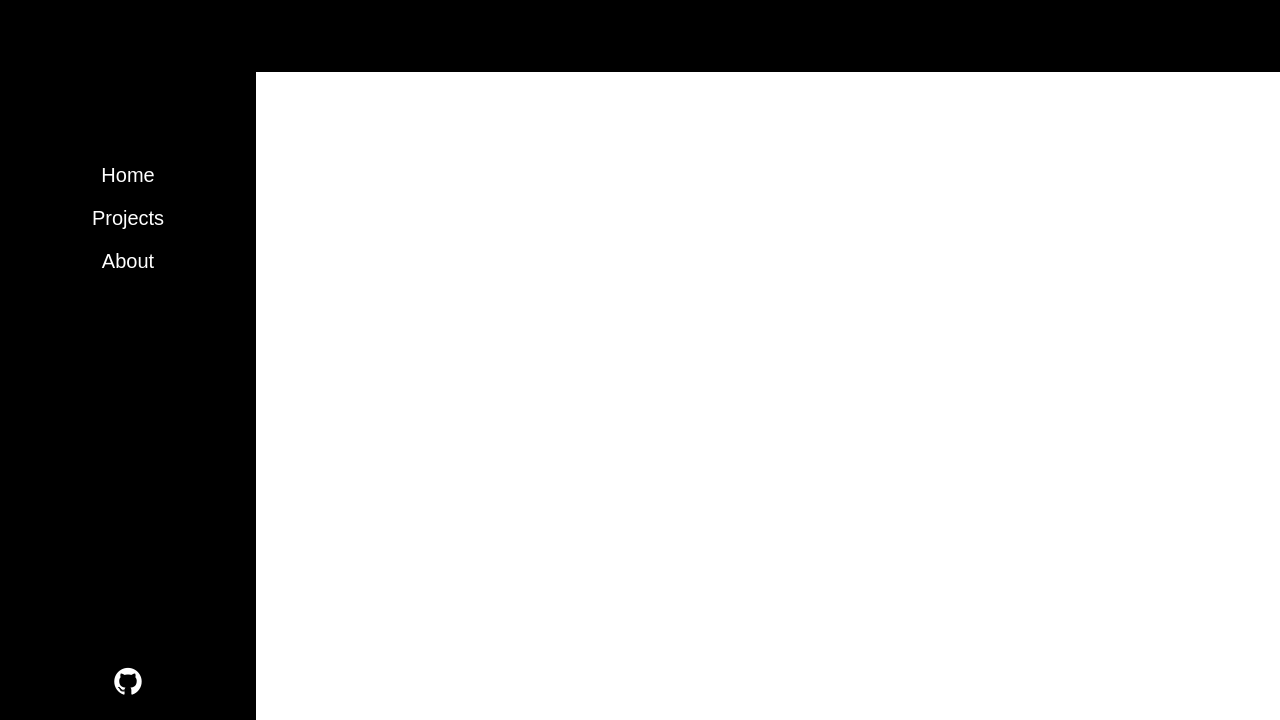
Repository: josephinel6/josephinel6.github.io
Page: index.html
The author's editor kept a copy of each file at every save. The page is drawn from the files as they stood at one save, then again after the next save.
The browser window is 1280 px wide. The pictures show the whole page.

Above is the page before, as saved 2023-04-04 11:00:44.

### index.html
<!DOCTYPE html>
<html>

<head>
    <style>
        :root.light {
            --color-bg: white;
            --color-menu-text: black;
        }

        :root.dark {
            --color-bg: black;
            --color-menu-text: white;
        }

        /* :root {
            --color-bg: black;
        } */

        html,
        body {
            height: 100%;
            width: 100%;
            margin: 0;
            position: relative;
            /* border-color: blue;
            border-radius: 10px;
            border-style: solid; */
            padding: 0;
        }

        #menu {
            height: 100%;
            width: 20%;
            position: absolute;
            z-index: 1;
            top: 0;
            bottom: 0;
            background-color: var(--color-bg);
        }

        #topbar {
            width: 100%;
            height: 10%;
            background-color: var(--color-bg);
            position: absolute;
        }

        .menutext {
            color: var(--color-menu-text);
            font-family: sans-serif;
            font-size: 20px;
        }

        .fa-github {
            color: var(--color-menu-text);
        }
    </style>
    <link rel="stylesheet" href="https://cdnjs.cloudflare.com/ajax/libs/font-awesome/4.7.0/css/font-awesome.min.css">
    <script type="module" src="https://cdn.jsdelivr.net/gh/zerodevx/zero-md@2/dist/zero-md.min.js"></script>
</head>

<body>
    <div id="menu">
        <div style="backgrund-color: blue;position:absolute; top: 5%; width: 100%; text-align: center;">

            <p class="menutext" style="margin-top: 50%"> Home </p>
            <p class="menutext"> Projects </p>
            <p class="menutext"> About </p>

        </div>

        <div style="position:absolute; bottom:3%; width: 100%; text-align: center;">
            <a href="https://github.com/josephinel6" class="fa fa-github fa-2x" style="text-decoration: none;"></a>
        </div>
    </div>
    <div id="topbar">

    </div>
    <script>
        window.onload = function () {
            document.documentElement.classList.remove("light")
            document.documentElement.classList.add("dark")
            window.localStorage.setItem('mode', 'dark');
            console.log("dark")
        }

        function openpage(pageName, elmnt) {
            var i, tabcontent, tablinks;
            tabcontent = document.getElementsByClassName("tabcontent");
            for (i = 0; i < tabcontent.length; i++) {
                tabcontent[i].style.display = "none";
            }
            tablinks = document.getElementsByClassName("tablink");
            for (i = 0; i < tablinks.length; i++) {
                tablinks[i].style.backgroundColor = "";
            }
            document.getElementById(pageName).style.display = "block";

            document.body.scrollTop = 0;
            document.documentElement.scrollTop = 0;
            console.log("ducks")
        }
    </script>

</body>

</html>

After the next save:
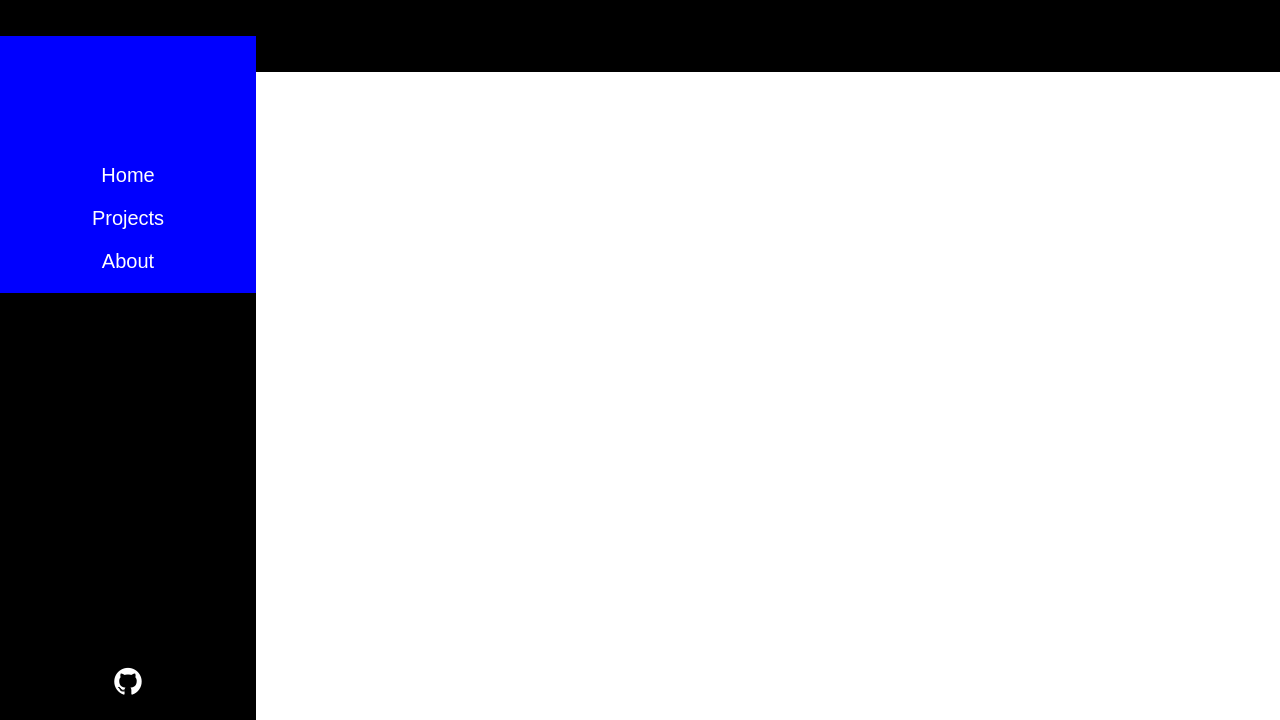
Saved 6 s later.
--- a/index.html
+++ b/index.html
@@ -62,7 +62,7 @@
 
 <body>
     <div id="menu">
-        <div style="backgrund-color: blue;position:absolute; top: 5%; width: 100%; text-align: center;">
+        <div style="background-color: blue;position:absolute; top: 5%; width: 100%; text-align: center;">
 
             <p class="menutext" style="margin-top: 50%"> Home </p>
             <p class="menutext"> Projects </p>

After the save that followed:
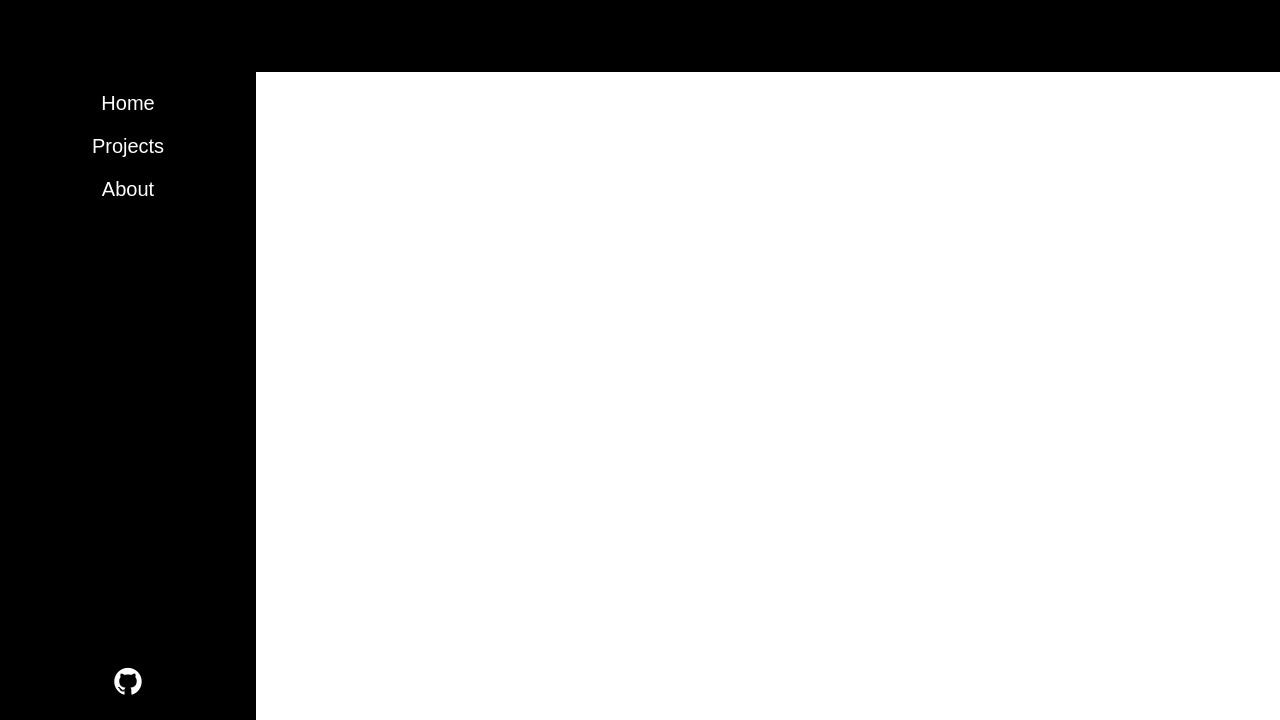
Saved 13 s later.
--- a/index.html
+++ b/index.html
@@ -62,9 +62,9 @@
 
 <body>
     <div id="menu">
-        <div style="background-color: blue;position:absolute; top: 5%; width: 100%; text-align: center;">
+        <div style="position:absolute; top: 10%; width: 100%; text-align: center;">
 
-            <p class="menutext" style="margin-top: 50%"> Home </p>
+            <p class="menutext"> Home </p>
             <p class="menutext"> Projects </p>
             <p class="menutext"> About </p>
 
